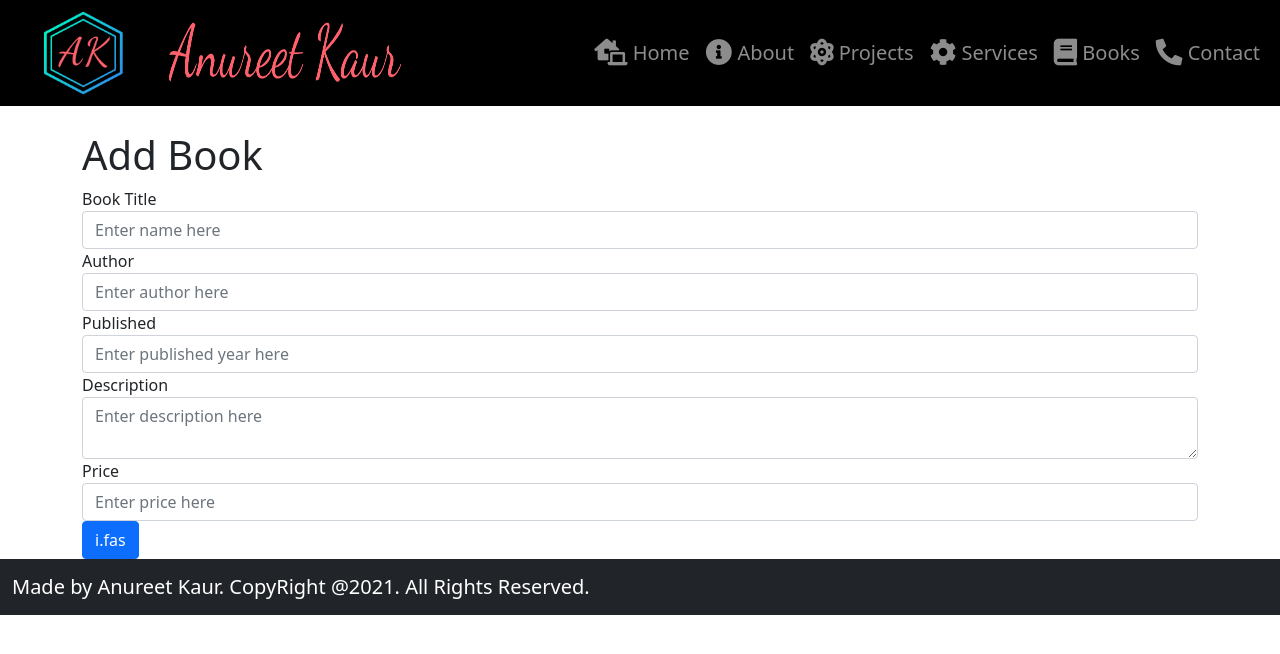
Repository: Anureet23/Portfolio_Authentication
Page: http://localhost/book-list/add
The author's editor kept a copy of each file at every save. The page is drawn from the files as they stood at one save, then again after the next save.
The browser window is 1280 px wide. The pictures show the whole page.
The page is served by the project's Node server (server.js). Other server files are loaded and not shown.

Above is the page before, as saved 2021-06-16 19:50:47.

### server/views/book/add.ejs
<!--Header Partial Included -->
<% include ../partials/header.ejs %>

<!--Top Navbar Partial Included -->
<% include ../partials/navbar.ejs %>


<!--Content for ADD Page -->
<div class="container">
    <div class="row">
        <div class="offset md-3 col-md-6"></div>
        <h1><%= title%></h1>

        <form class="form" method="POST">
        <div class="form-group">
            <label for="nameTextField">Book Title</label>
            <input type="text" class="form-control" id="nameTextField" placeholder="Enter name here" name="name" required>
        </div>

        <div class="form-group">
            <label for="authorTextField">Author</label>
            <input type="text" class="form-control" id="authorTextField" placeholder="Enter author here" name="author" required>
        </div>

        <div class="form-group">
            <label for="publishedTextField">Published</label>
            <input type="text" class="form-control" id="publishedTextField" placeholder="Enter published year here" name="published" required>
        </div>

        <div class="form-group">
            <label for="descriptionTextField">Description</label>
            <textarea type="text" class="form-control" id="descriptionTextField" placeholder="Enter description here" name="description" required></textarea>
        </div>

        <div class="form-group">
            <label for="priceTextField">Price</label>
            <input type="number" class="form-control" id="nameTextField" placeholder="Enter price here" name="price" required>
        </div>

        <button class="btn btn-primary">
            i.fas
        </button>

        </form>
    </div>
</div>

 <!--Bottom Navbar Partial Included -->
 <% include ../partials/bottomnavbar.ejs %>

<!--Footer Partial Included -->
 <% include ../partials/footer.ejs %>

### server/views/partials/header.ejs
<!--Header Partial -->
<!DOCTYPE html>
<html lang="en">
<head>
  <meta charset="UTF-8">
  <meta http-equiv="X-UA-Compatible" content="IE=edge">
  <meta name="viewport" content="width=device-width, initial-scale=1.0">
  <title><%= title %></title>

  <!--CSS Section-->
  <link rel='stylesheet' href='/bootstrap/dist/css/bootstrap.min.css' />
  <link rel="stylesheet" href="/@fortawesome/fontawesome-free/css/all.min.css">

  <link rel='stylesheet' href='/Content/app.css' />
</head>
<body>

### server/views/partials/navbar.ejs
 <!--Top Nav Bar Partial-->

  <nav class="navbar navbar-expand-lg navbar-dark" style="font-size:20px;background-color:black!important">
    <div class="container-fluid" style="background-color:black">
     <img src="/Assests/images/Logo.PNG" height="90px" width="150px"> <img src="/Assests/images/Name.PNG" height="75px" width="240px" >
           <button class="navbar-toggler" type="button" data-bs-toggle="collapse" data-bs-target="#navbarSupportedContent" aria-controls="navbarSupportedContent" aria-expanded="false" aria-label="Toggle navigation">
        <span class="navbar-toggler-icon"></span>
      </button>

      <div class="collapse navbar-collapse" id="navbarSupportedContent">
        <ul class="navbar-nav ms-auto mb-2 mb-lg-0">

        <li class="nav-item">
        <a class="nav-link" aria-current="page" href="/home"><i class="fas fa-lg fa-laptop-house"></i> Home</a>
        </li>


           <li class="nav-item">
          <a class="nav-link " href="/about"> <i class="fas fa-lg fa-info-circle"></i> About</a>
          </li>

          <li class="nav-item">
            <a class="nav-link "  href="/projects"> <i class="fas fa-lg fa-atom"></i> Projects</a>
          </li>

          <li class="nav-item">
            <a class="nav-link"  href="/services"> <i class="fas fa-lg fa-cog"></i>  Services</a>
          </li>


          <li class="nav-item">
            <a class="nav-link"  href="/book-list"><i class="fas fa-lg fa-book"></i> Books</a>
          </li>

          <li class="nav-item">
            <a class="nav-link"  href="/contact"><i class="fas fa-lg fa-phone-alt"></i> Contact</a>
          </li>

      </div>
    </div>
  </nav>

### server/views/partials/bottomnavbar.ejs
<!--Bottom Navbar Partial-->

<nav class="navbar sticky-bottom navbar-dark bg-dark " >

  <div class="container-fluid">
    <a class="navbar-brand"  >Made by Anureet Kaur. CopyRight @2021. All Rights Reserved.</a>
  </div>
</nav>

### server/views/partials/footer.ejs
<!--Footer Partial-->
<!--JS Section-->
  <script src="/jquery/dist/jquery.min.js"></script>
  <script src="/bootstrap/dist/js/bootstrap.min.js"></script>
  <script src="/Scripts/app.js"></script>

</body>
</html>

### server.js
#!/usr/bin/env node
/* FileName :server.js */
/* StudentName :Anureet Kaur */
/* Student Id :301174444 */
/* Date : 4/06/2021 */
/**
 * Module dependencies.
 */

var app = require('./server/config/app');
var debug = require('debug')('express site:server');
var http = require('http');

/**
 * Get port from environment and store in Express.
 */

var port = normalizePort(process.env.PORT || '3000');
app.set('port', port);

/**
 * Create HTTP server.
 */

var server = http.createServer(app);

/**
 * Listen on provided port, on all network interfaces.
 */

server.listen(port);
server.on('error', onError);
server.on('listening', onListening);

/**
 * Normalize a port into a number, string, or false.
 */

function normalizePort(val) {
  var port = parseInt(val, 10);

  if (isNaN(port)) {
    // named pipe
    return val;
  }

  if (port >= 0) {
    // port number
    return port;
  }

  return false;
}

/**
 * Event listener for HTTP server "error" event.
 */

function onError(error) {
  if (error.syscall !== 'listen') {
    throw error;
  }

  var bind = typeof port === 'string'
    ? 'Pipe ' + port
    : 'Port ' + port;

  // handle specific listen errors with friendly messages
  switch (error.code) {
    case 'EACCES':
      console.error(bind + ' requires elevated privileges');
      process.exit(1);
      break;
    case 'EADDRINUSE':
      console.error(bind + ' is already in use');
      process.exit(1);
      break;
    default:
      throw error;
  }
}

/**
 * Event listener for HTTP server "listening" event.
 */

function onListening() {
  var addr = server.address();
  var bind = typeof addr === 'string'
    ? 'pipe ' + addr
    : 'port ' + addr.port;
  debug('Listening on ' + bind);
}

### server/routes/book.js
let express = require('express');
let router = express.Router();
let mongoose = require('mongoose');

//Connect to book model
let Book = require('../models/book');

/* GET Route for Book list*/

router.get('/',(req,res,next)=>{
    Book.find((err,bookList)=>{
        if(err)
        {
            return console.error(err);
        }
        else{
            //console.log(BookList);

            res.render('book/list',{title:'Books', BookList : bookList});
        }
    });
});


/* GET Route for displaying Add Page- CREATE Operation*/
router.get('/add', (req, res, next) => {
    res.render('book/add',{title:'Add Book'});
});

/* POST Route for processing Add Page- CREATE Operation*/
router.post('/add', (req, res, next) => {
   let newBook = Book({
          "name" : req.body.name,
          "author":req.body.author,
          "published": req.body.published,
          "description" : req.body.description,
          "price": req.body.price
   });

   Book.create(newBook,(err,Book)=> {
    if(err){
        console.log(err);
        res.end(err);
    }
    else{
        //refresh the book list
        res.redirect('/book-list');
    }
   });

});
/* GET Route for displaying Edit Page- UPDATE Operation*/
router.get('/edit/:id', (req, res, next) => {
       let id = req.params.id;

       Book.findById(id,(err,bookToEdit) => {

        if(err){
            console.log(err);
            res.end(err);
        }
        else{

            //show the edit view
            res.render('book/edit', {title: 'Edit Book',book:bookToEdit})
        }

       });
});
/* POST Route for processing Edit Page- UPDATE Operation*/
router.post('/edit/:id', (req, res, next) => {

let id = req.params.id;
let updatedBBook = Book({
    "_id":id,
    "name" : req.body.name,
    "author":req.body.author,
    "published": req.body.published,
    "description" : req.body.description,
    "price": req.body.price
});

Book.updateOne({_id: id},updatedBBook,(err) =>{
    if(err){
        console.log(err);
        res.end(err);
    }
    else{
       //refresh the book list
       res.redirect('/book-list');
    }
});

});
/* GET Route for perform Deletion- DELETE Operation*/
router.get('/delete/:id', (req, res, next) => {

    let id = req.params.id;
    Book.remove({_id: id},(err) =>{
        if(err){
            console.log(err);
            res.end(err);
        }
        else{
           //refresh the book list
           res.redirect('/book-list');
        }
    });
});

module.exports = router;

### public/Content/app.css
/* FileName :app.css */
/* StudentName :Anureet Kaur */
/* Student Id :301174444 */
/* Date : 4/06/2021 */
.center {
    text-align: center;
  }
  .container{
	margin-top: 25px;

}
.headerText{
    text-align: center;
}

### public/Scripts/app.js
/* FileName :app.js */
/* StudentName :Anureet Kaur */
/* Student Id :301174444 */
/* Date : 4/06/2021 */
(function(){


    function Start(){
        console.log("App Started.....");
    }

    window.addEventListener("load",Start);

})();

After the next save:
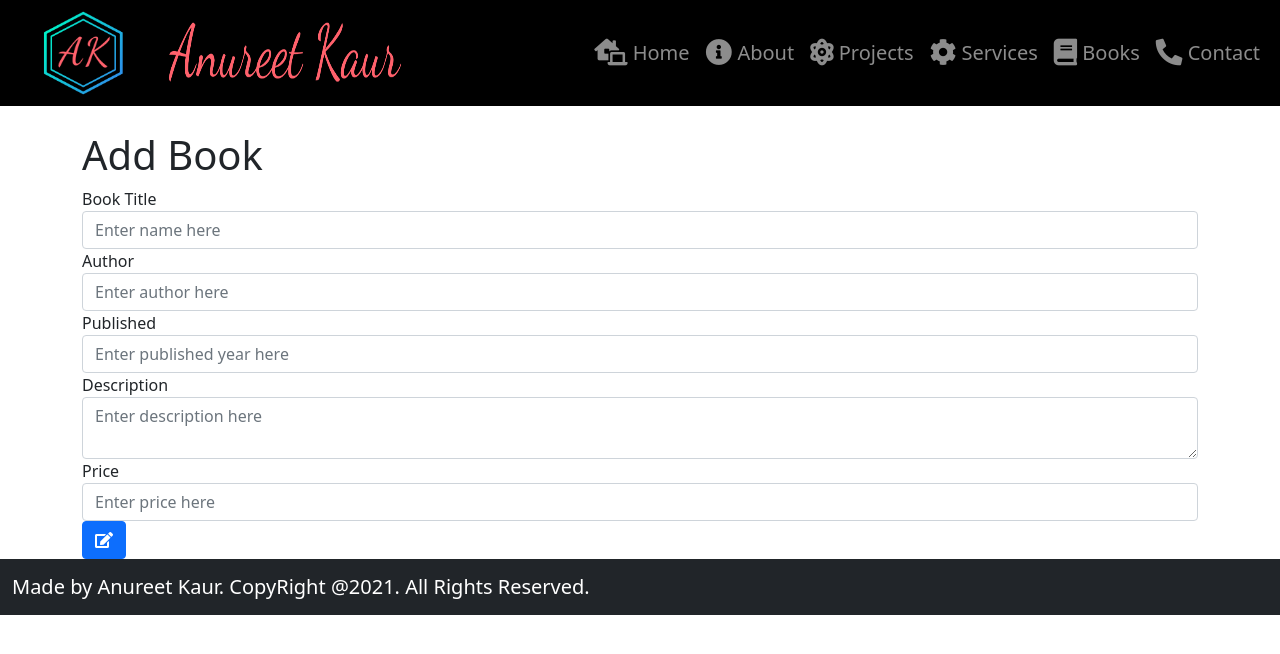
Saved 5 s later.
--- a/server/views/book/add.ejs
+++ b/server/views/book/add.ejs
@@ -38,7 +38,7 @@
         </div>
 
         <button class="btn btn-primary">
-            i.fas
+            <i class="fas fa-edit"></i>
         </button>
 
         </form>
